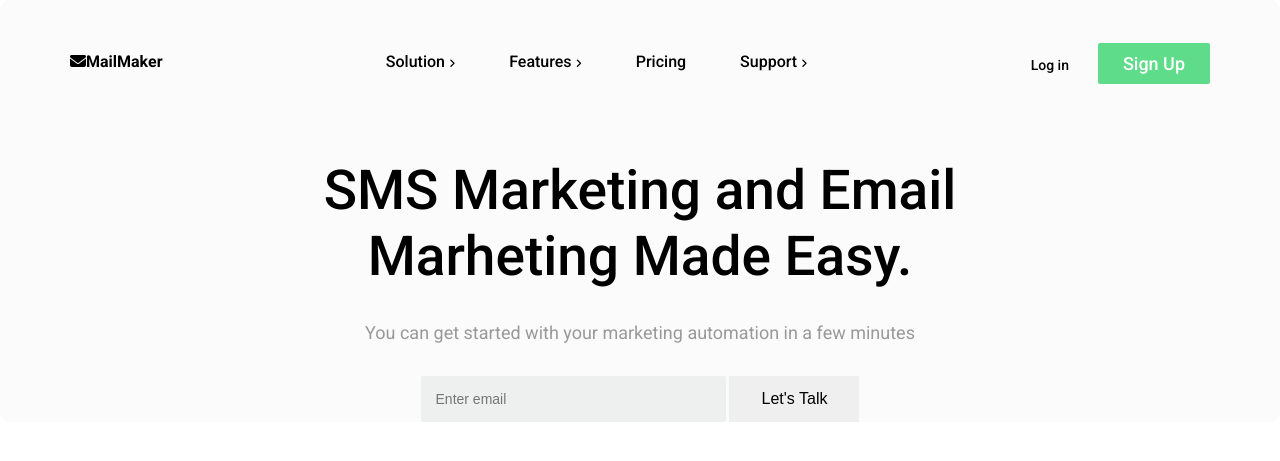
Repository: phanhuy16/Folder
Page: sign/index.html
These files come from the project's save history. The page is drawn as it stood at one moment and after the next save; the edit follows.
The browser window is 1280 px wide. The pictures show the whole page.

Above is the page before, as saved 2023-04-29 21:08:08.

After the next save:
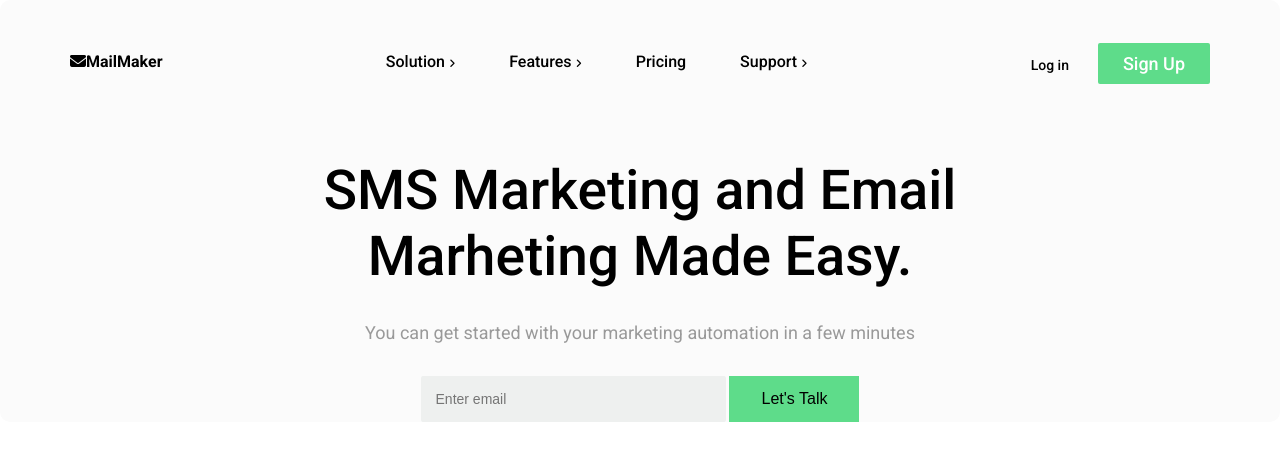
Saved 21 s later.
--- a/sign/main.css/style.css
+++ b/sign/main.css/style.css
@@ -103,4 +103,5 @@
 .button-talk {
     width: 130px;
     padding: 14px;
+    background-color: #5EDC8A;
 }
